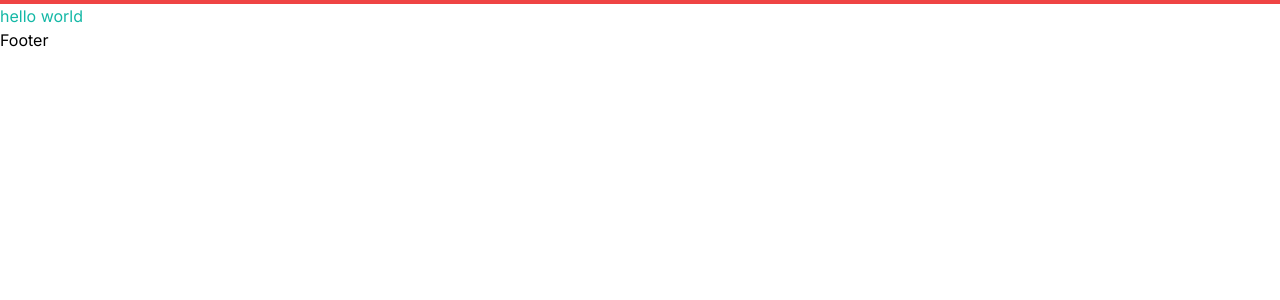
Repository: tarun4141/travel-app
Page: /
An editor plug-in stored every save of this project. The page is shown before and after a run of saves, followed by the edit.
The browser window is 1280 px wide. The pictures show the whole page.
The project was rebuilt for these pictures with package versions that can differ from the ones it lists, and the page was loaded fresh each time. The framework's server and built-in components were replaced by stand-ins that run in the browser. Also part of the build but not shown: next.config.mjs.

Above is the page before, as saved 2024-06-23 01:19:54.

After the next 20 saves:
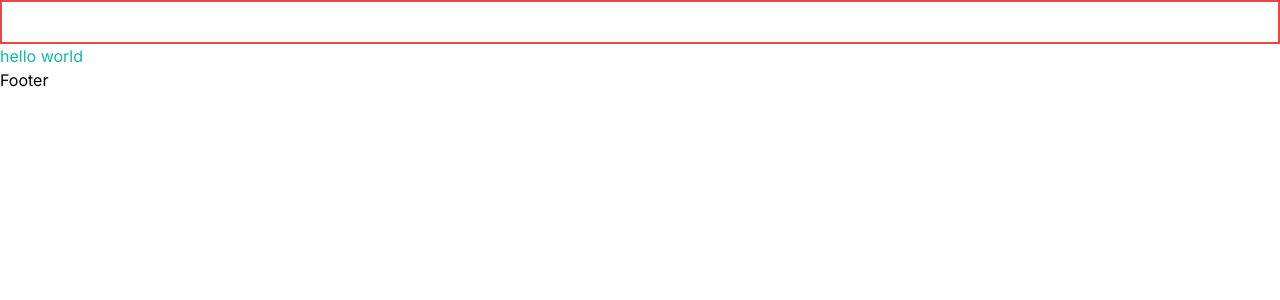
The 20 saves are shown as one change because they came seconds apart.
The last was saved 29 s later.
--- a/components/Navbar.tsx
+++ b/components/Navbar.tsx
@@ -4,7 +4,9 @@ const Navbar = () => {
   return (
    <nav className='border-2
    border-red-500
-  flexBetween max-container '>
+  flexBetween max-container
+  padding-container
+  relative z-30 py-5 '>
 
    </nav>
   )
